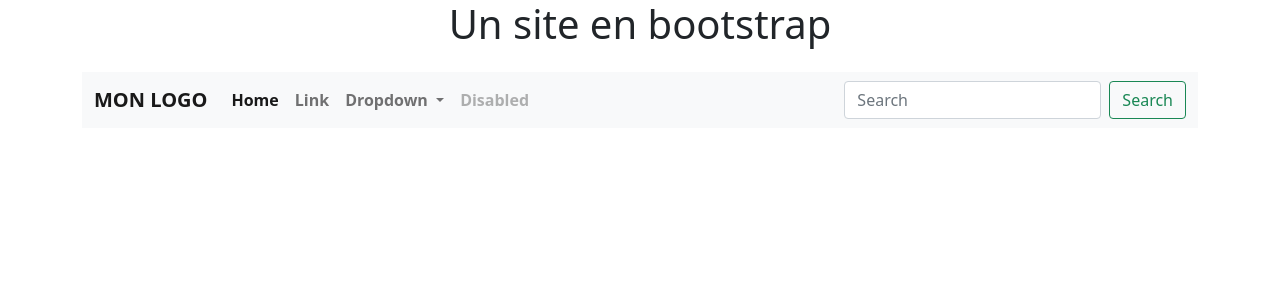
Repository: Elie-Dey/boot-start
Page: index.html
An editor plug-in stored every save of this project. The page is shown before and after the next save, followed by the edit.
The browser window is 1280 px wide. The pictures show the whole page.

Above is the page before, as saved 2021-08-19 01:03:15.

After the next save:
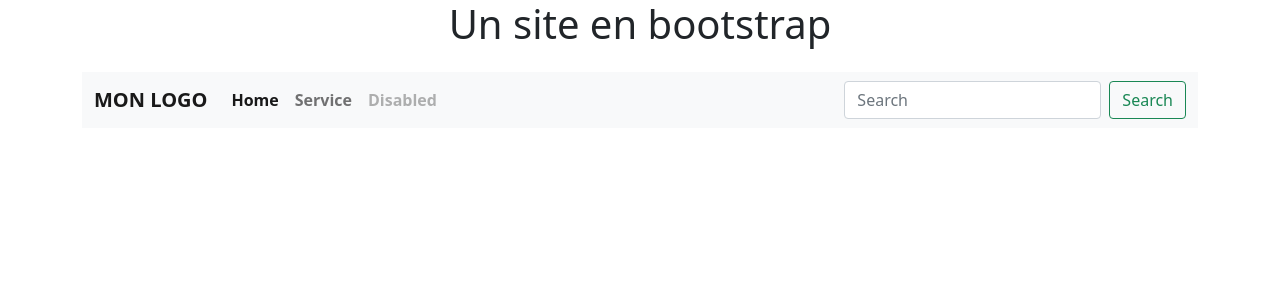
Saved 26 s later.
--- a/index.html
+++ b/index.html
@@ -37,28 +37,9 @@
                 <a class="nav-link active" aria-current="page" href="#">Home</a>
               </li>
               <li class="nav-item">
-                <a class="nav-link" href="#">Link</a>
+                <a class="nav-link" href="#">Service</a>
               </li>
-              <li class="nav-item dropdown">
-                <a
-                  class="nav-link dropdown-toggle"
-                  href="#"
-                  id="navbarDropdown"
-                  role="button"
-                  data-bs-toggle="dropdown"
-                  aria-expanded="false"
-                >
-                  Dropdown
-                </a>
-                <ul class="dropdown-menu" aria-labelledby="navbarDropdown">
-                  <li><a class="dropdown-item" href="#">Action</a></li>
-                  <li><a class="dropdown-item" href="#">Another action</a></li>
-                  <li><hr class="dropdown-divider" /></li>
-                  <li>
-                    <a class="dropdown-item" href="#">Something else here</a>
-                  </li>
-                </ul>
-              </li>
+
               <li class="nav-item">
                 <a
                   class="nav-link disabled"
